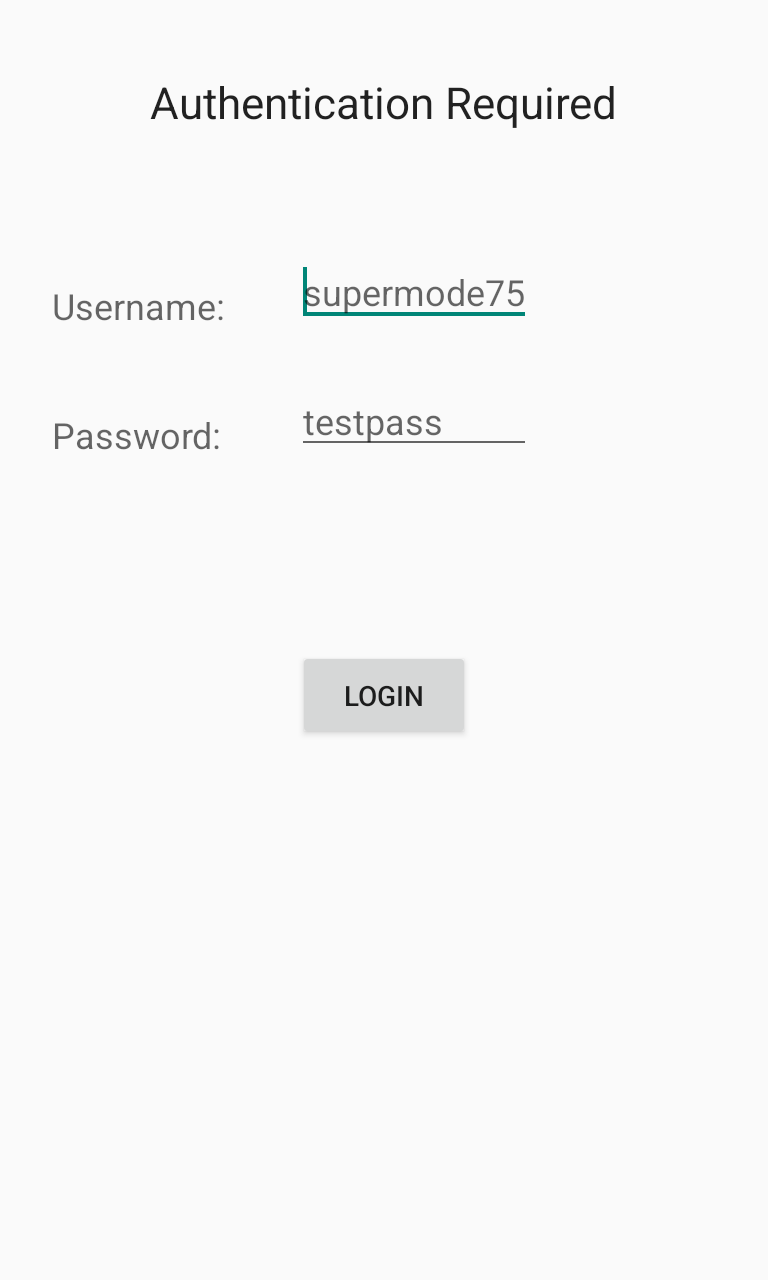
Repository: BurtWurst/MyFields_Mobile
Layout: Android/Login/res/layout/activity_main.xml
These files come from the project's save history. The layout is drawn as it stood at one moment and after the next save; the edit follows.
It is drawn on a 768 x 1280 px phone screen (xhdpi) without system bars, with theme AppTheme; the app's code is not run.

Above is the layout before, as saved 2014-12-06 03:54:44.

After the next save:
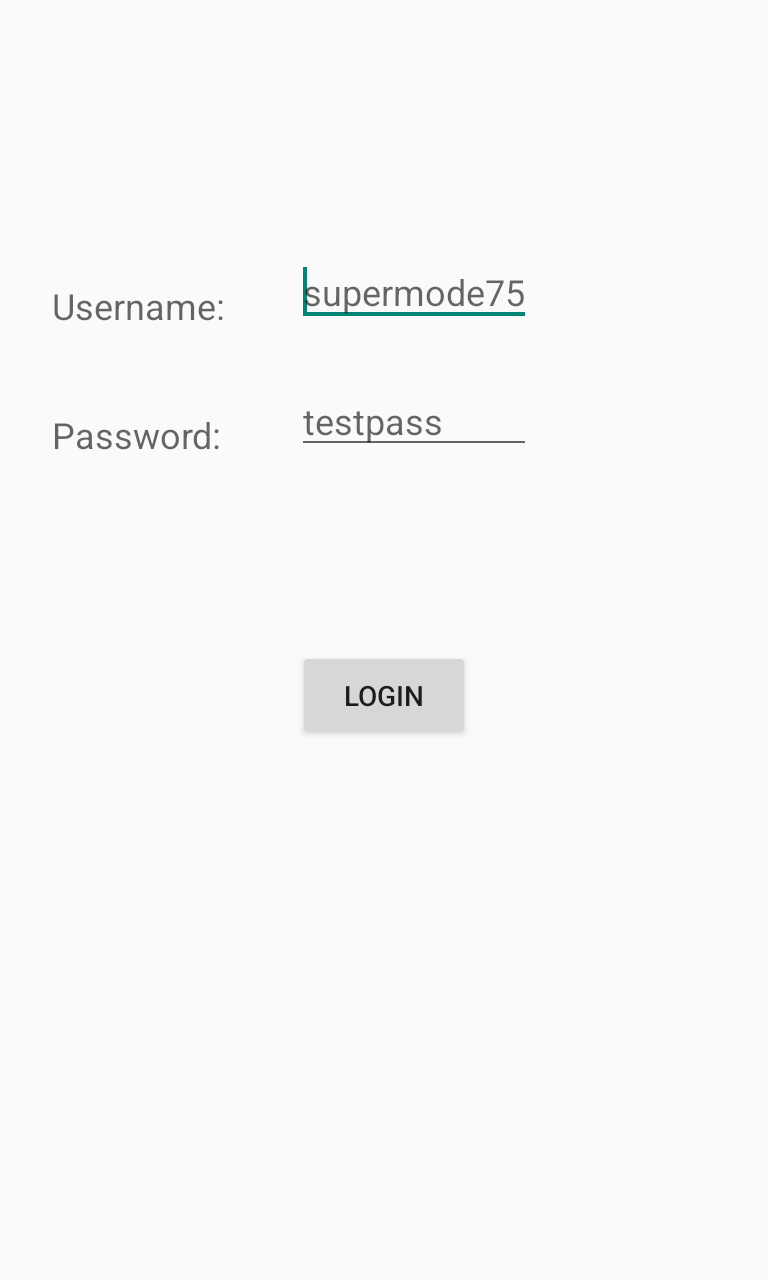
Saved 3 min 12 s later.
--- a/Android/Login/res/layout/activity_main.xml
+++ b/Android/Login/res/layout/activity_main.xml
@@ -15,7 +15,7 @@
 	      android:layout_alignParentTop="true"
 	      android:layout_centerHorizontal="true"
 	      android:layout_marginTop="20dp"
-	      android:text="Authentication Required"
+	      android:text=""
 	      android:textAppearance="?android:attr/textAppearanceLarge" />
 
       <TextView
